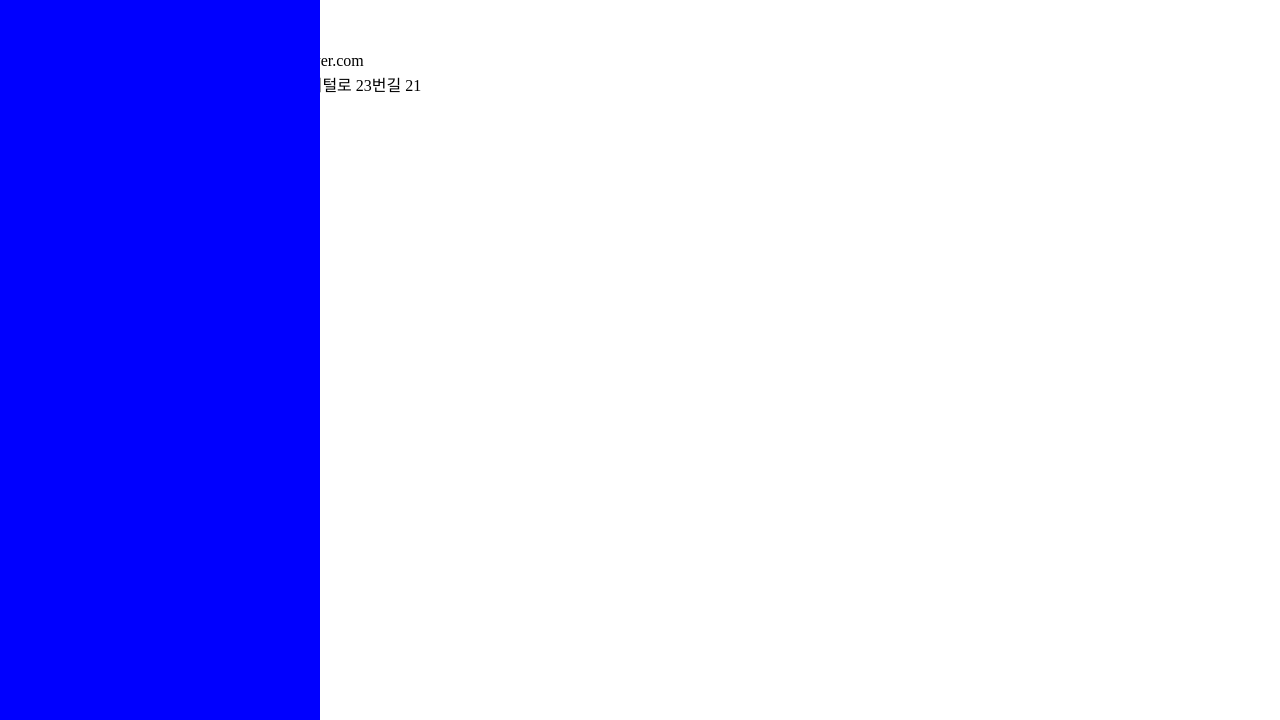
Repository: marudaga/html-css-lecture
Page: work/study/src/main/webapp/htmlEx/ch04/myQuiz2.html
The author's editor kept a copy of each file at every save. The page is drawn from the files as they stood at one save, then again after the next save.
The browser window is 1280 px wide. The pictures show the whole page.

Above is the page before, as saved 2022-09-07 08:23:02.

### work/study/src/main/webapp/htmlEx/ch04/myQuiz2.html
<!DOCTYPE html>
<html>
<head>
<meta charset="UTF-8">
<title>Insert title here</title>
<style type="text/css">
* {
	margin: 0;
	padding: 0;
}

.background {
	position:absolute;
	background-color: blue;
	width: 25%;
	height: 100vh;
}

.table tr td:nth-child(1) {
	border-bottom: white;
	border-top: white;
	color: white;
}
.table
</style>
</head>
<body>
	<div class="background"></div>
	<span class="사진"> <img src="">
	</span>
	<span id="bigtitle"><b>다리</b>보다 목이 긴</span>
	<span id="bigtitle"><b>이광수</b>입니다.</span>
	<table class="table">
		<tr>
			<td>기본사항</td>
			<td>1993.01.15(만30세)</td>
		</tr>
		<tr>
			<td>personal information</td>
			<td>010-1548-7542 | giraff@naver.com</td>
		</tr>
		<tr>
			<td></td>
			<td>서울특별시 구로구 구로디지털로 23번길 21</td>
		</tr>
	</table>
	<table class="table">
		<tr>
			<td></td>
			<td></td>
			<td></td>
		</tr>
		<tr>
			<td></td>
			<td></td>
			<td></td>
		</tr>

		<tr>
			<td></td>
			<td></td>
			<td></td>
		</tr>

		<tr>
			<td></td>
			<td></td>
			<td></td>
		</tr>
	</table>


</body>
</html>

After the next save:
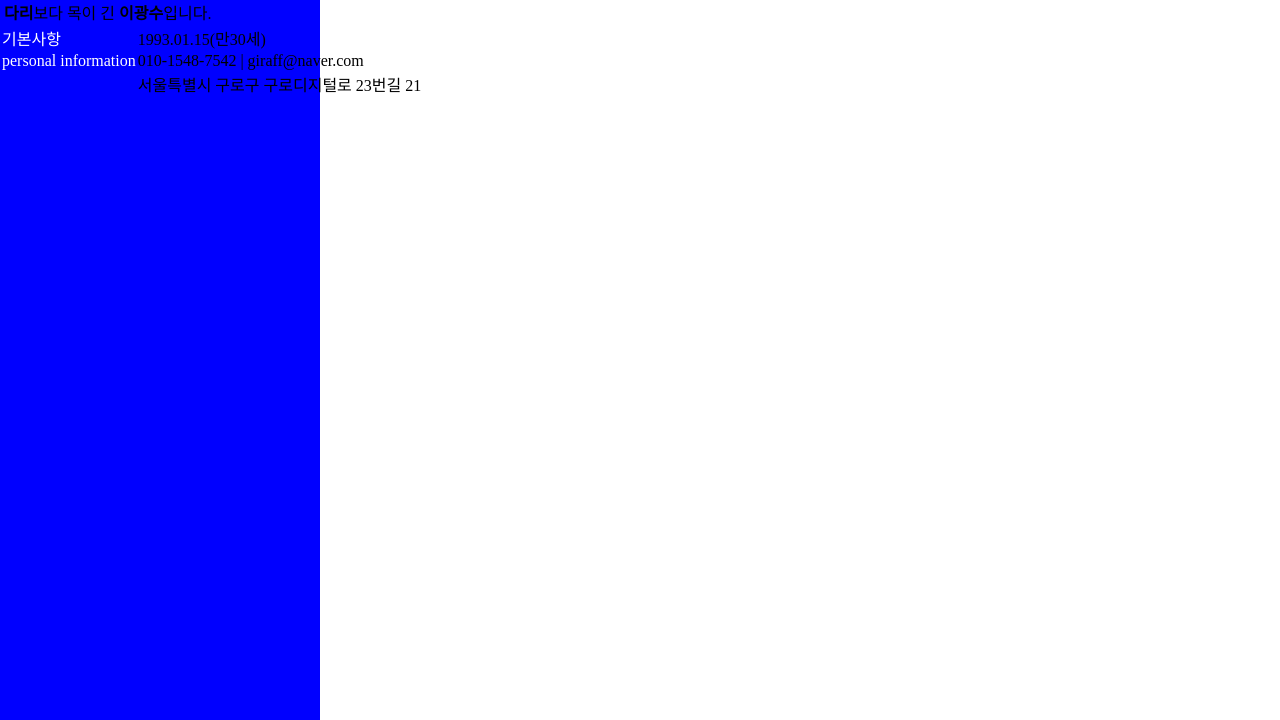
Saved 12 s later.
--- a/work/study/src/main/webapp/htmlEx/ch04/myQuiz2.html
+++ b/work/study/src/main/webapp/htmlEx/ch04/myQuiz2.html
@@ -14,6 +14,7 @@
 	background-color: blue;
 	width: 25%;
 	height: 100vh;
+	z-index: -1;
 }
 
 .table tr td:nth-child(1) {
